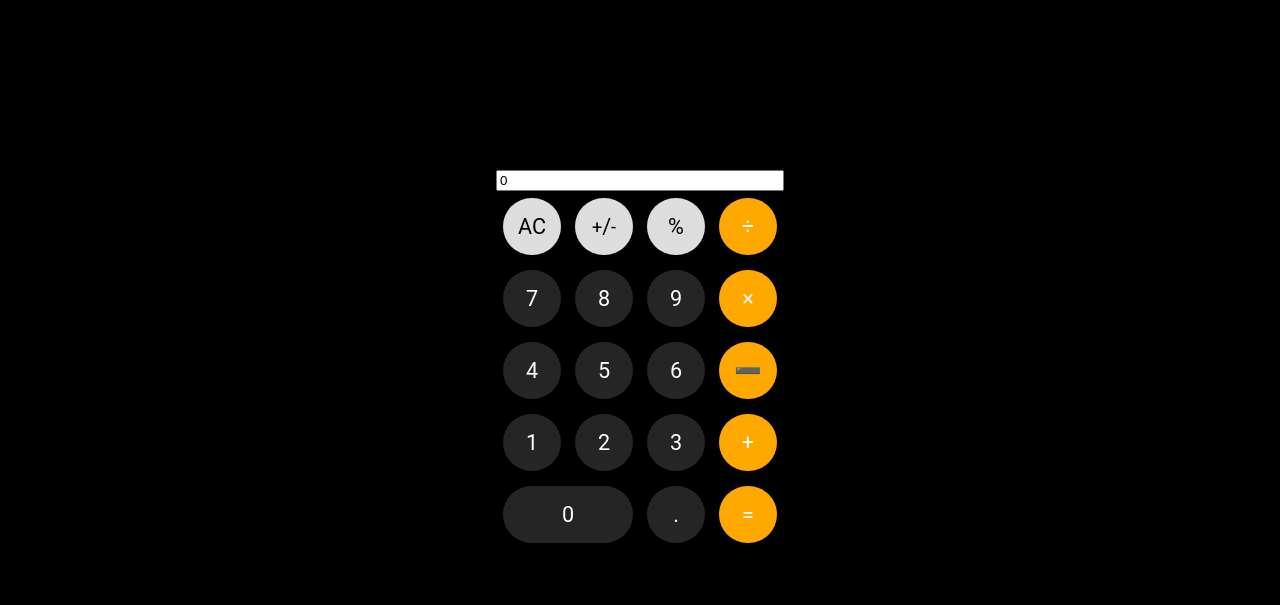
Repository: bombiux/calculadoraJS
Page: index.html
An editor plug-in stored every save of this project. The page is shown before and after a run of saves, followed by the edit.
The browser window is 1280 px wide. The pictures show the whole page.

Above is the page before, as saved 2020-08-08 18:46:44.

### index.html
<!DOCTYPE html>
<html lang="en">
<head>
    <meta charset="UTF-8">
    <meta name="viewport" content="width=device-width, initial-scale=1.0">
    <title>Document</title>
    <link rel="stylesheet" href="style.css">
</head>
<body>
    <div class="calculator">
        <input type="number" name="screen" id="screen" value="0">
        <div>
            <div class="special">AC</div>
            <div class="special"><sup>+</sup>/<sub>-</sub></div>
            <div class="special">%</div>
            <div class="operator">÷</div>
        </div>
        <div>
            <div class="numbers">7</div>
            <div class="numbers">8</div>
            <div class="numbers">9</div>
            <div class="operator">×</div>
        </div>
        <div>
            <div class="numbers">4</div>
            <div class="numbers">5</div>
            <div class="numbers">6</div>
            <div class="operator">➖️</div>
        </div>
        <div>
            <div class="numbers">1</div>
            <div class="numbers">2</div>
            <div class="numbers">3</div>
            <div class="operator">+</div>
        </div>
        <div>
            <div class="numbers cero">0</div>
            <div class="numbers">.</div>
            <div class="operator">=</div>
        </div>
    </div>
</body>
</html>

### style.css
::selection {
    background: transparent;
    color: unset;
}

body {
    background: black;
    height: 100vh;
    width: 100vw;
    margin: 0;
    padding: 0;
    display: flex;
    justify-content: center;
    align-items: center;
    font-family: roboto;
    font-size: 3vh;
}

.calculator {
    display: flex;
    flex-direction: column;
}

.calculator > div {
    display: flex;
}

.calculator > div > div {
    width: 8vh;
    height: 8vh;
    border-radius: 50%;
    justify-content: center;
    align-items: center;
    display: flex;
    margin: 1vh;
}

.calculator > div > .cero {
    width: 18vh;
    border-radius: 40px;
}

.special {
    background-color: rgb(221, 221, 221)
}

.numbers {
    background-color: rgb(37, 37, 37);
    color: white;
}

.operator {
    background: #ffa800;
    color: white;
}

After the next 2 saves:
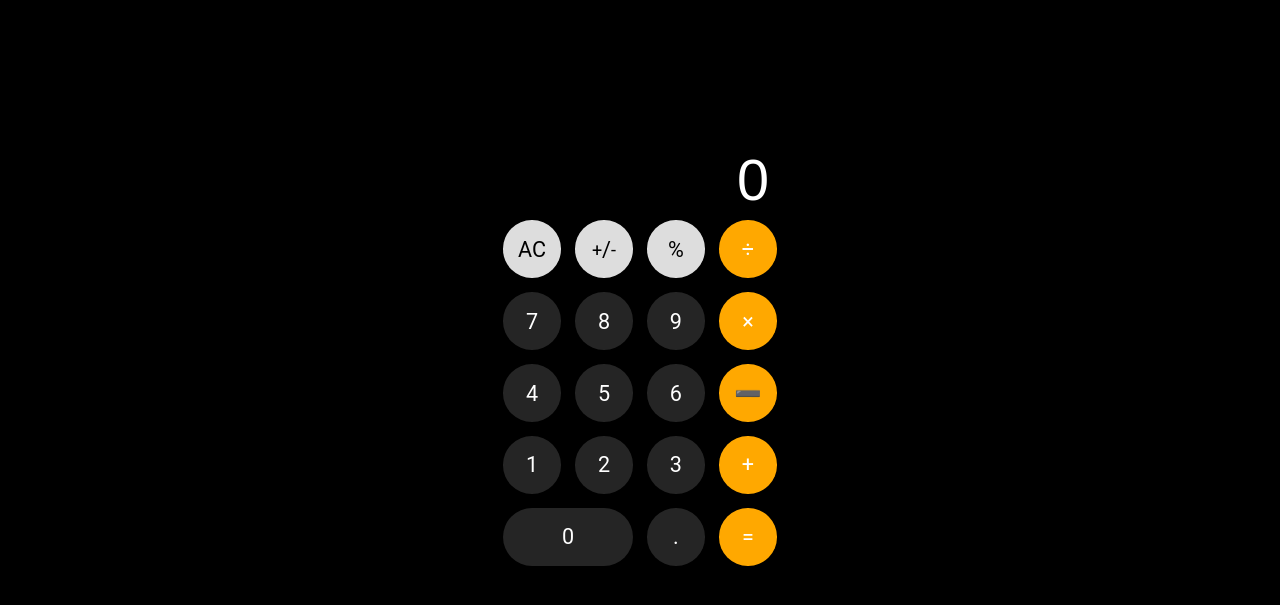
The 2 saves are shown as one change because they came seconds apart.
The last was saved 15 min 0 s later.
--- a/style.css
+++ b/style.css
@@ -53,3 +53,16 @@ body {
     background: #ffa800;
     color: white;
 }
+
+#screen {
+    background: unset;
+    border: unset;
+    color: white;
+    font-size: 8vh;
+    width: calc((8vh * 4) + (1vh * 8));
+    /* display: flex; */
+    text-align: right;
+    /* appearance: none; */
+    /* -webkit-appearance: none; */
+    padding: 0;
+}
